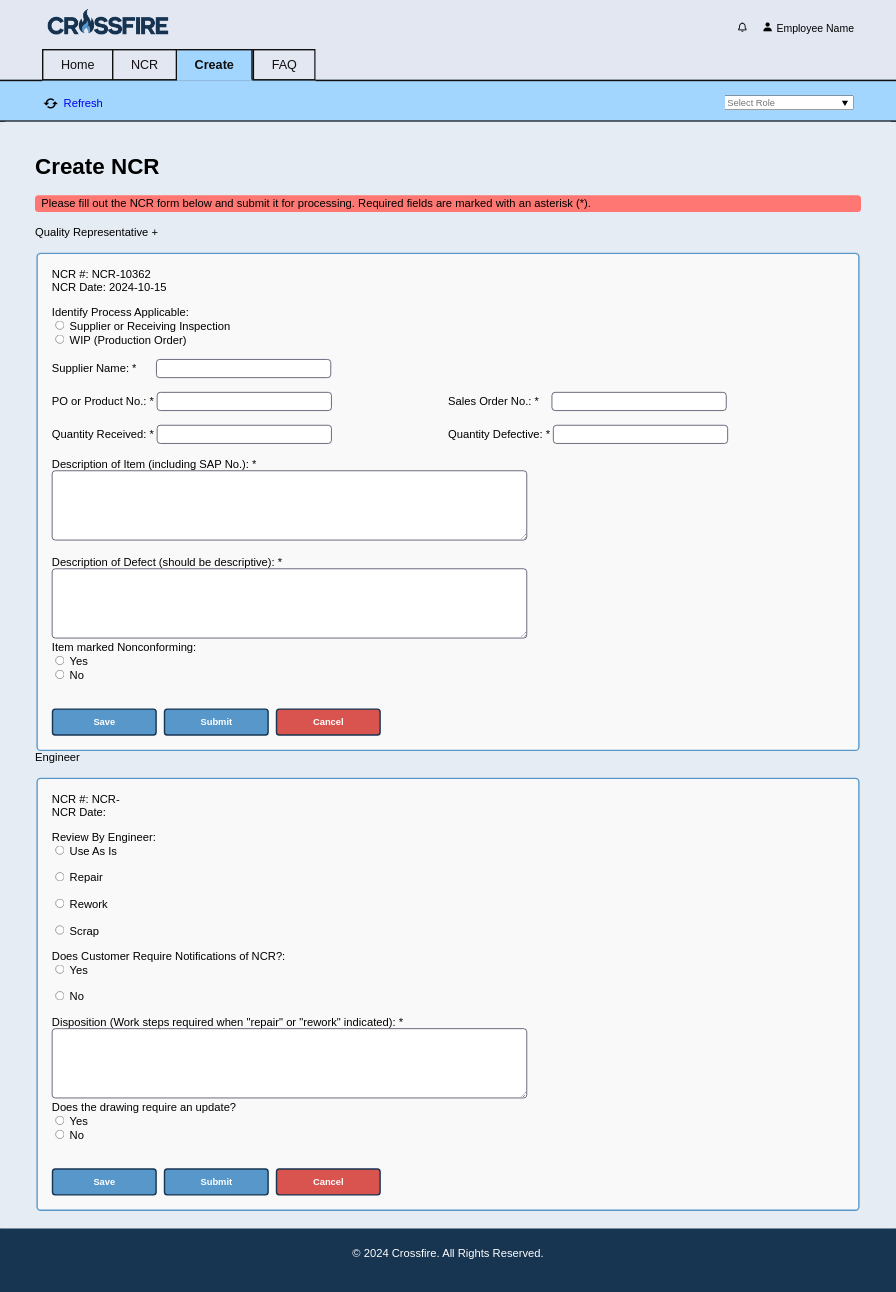
Repository: NyleNC/OSSProg1180
Page: OSS-CrossFire/create - Copy.html
An editor plug-in stored every save of this project. The page is shown before and after the next save, followed by the edit.
The browser window is 1280 px wide. The pictures show the whole page, at 70% of full size.

Above is the page before, as saved 2024-11-18 09:51:26.
Console error: TypeError: Cannot read properties of null (reading 'addEventListener')

After the next save:
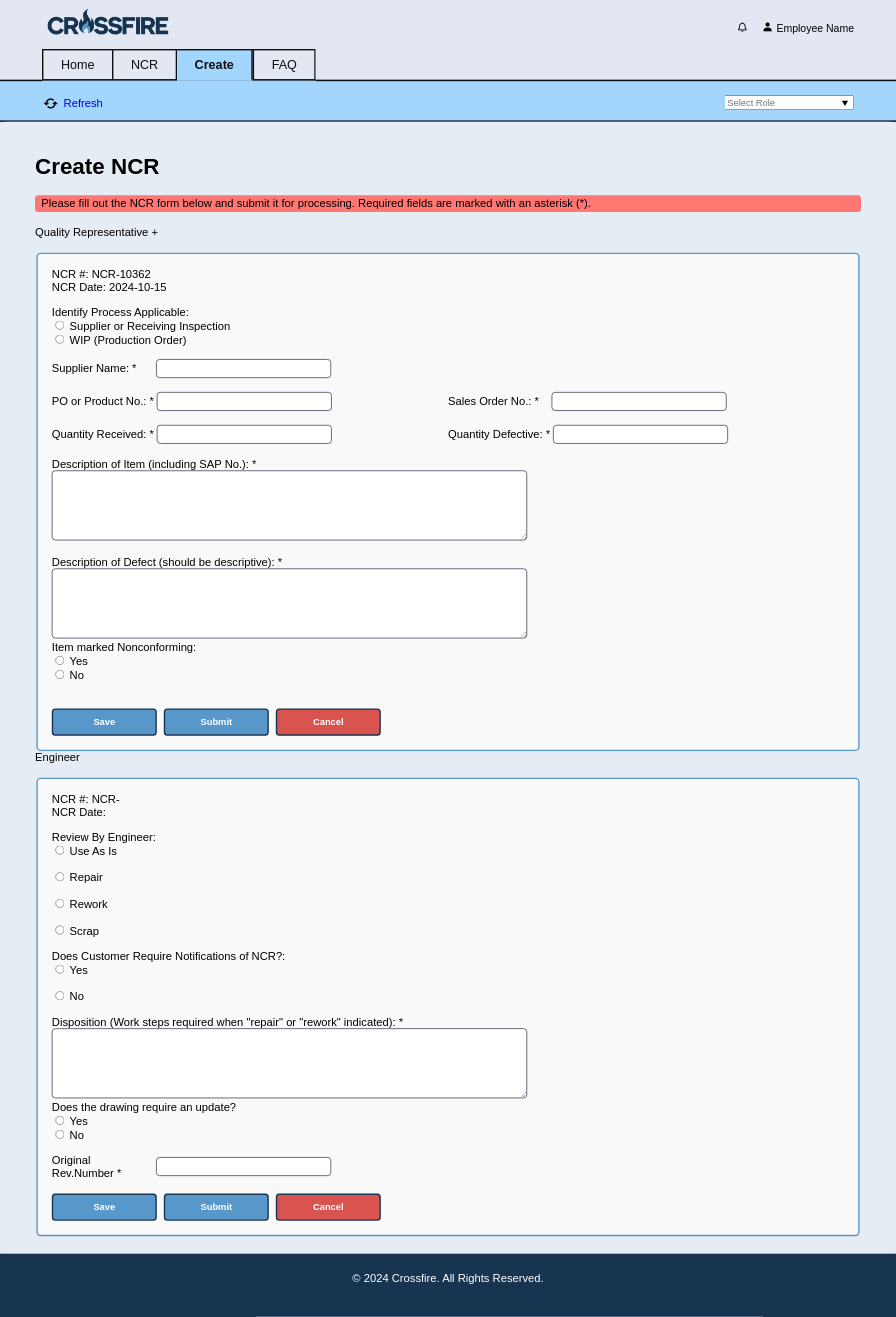
Saved 3 min 22 s later.
--- a/OSS-CrossFire/create - Copy.html
+++ b/OSS-CrossFire/create - Copy.html
@@ -169,19 +169,19 @@
                         <label>Review By Engineer:</label>
                     </div>
                     <div class="form-ipa1">
-                        <input type="radio" id="asIS" name="asIS" value="asIS" >
+                        <input type="radio" id="asIS" name="decsicion" value="asIS" >
                         <label>Use As Is</label>
                     </div><br>
                     <div class="form-ipa2">
-                        <input type="radio" id="repair" name="repair" value="repair" >
+                        <input type="radio" id="repair" name="decsicion" value="repair" >
                         <label>Repair</label>
                     </div><br>
                     <div class="form-ipa2">
-                        <input type="radio" id="reWork" name="reWork" value="reWork" >
+                        <input type="radio" id="reWork" name="decsicion" value="reWork" >
                         <label>Rework</label>
                     </div><br>
                     <div class="form-ipa2">
-                        <input type="radio" id="scrap" name="scrap" value="scrap" >
+                        <input type="radio" id="scrap" name="decsicion" value="scrap" >
                         <label>Scrap</label>
                     </div><br>
 
@@ -196,8 +196,6 @@
                         <input type="radio" id="cusNO" name="cusNO" value="cusNO" >
                         <label >No</label>
                     </div><br>
-
-
 
 
 
@@ -217,6 +215,13 @@
                         <input id="imnNo" name="nonconforming" type="radio" value="no">
                         <label for="imnNo">No</label>
                     </div><br>
+
+                    <div class="form-group">
+                        <label for="supplierName">Original Rev.Number *</label>&nbsp;&nbsp;
+                        <input type="text" id="supplierName" class="size-css" required pattern="[a-zA-Z ]{2,30}" title="Please enter a valid name (letters only).">
+                    </div>
+
+
 
 
                     <div class="btnContainer">
